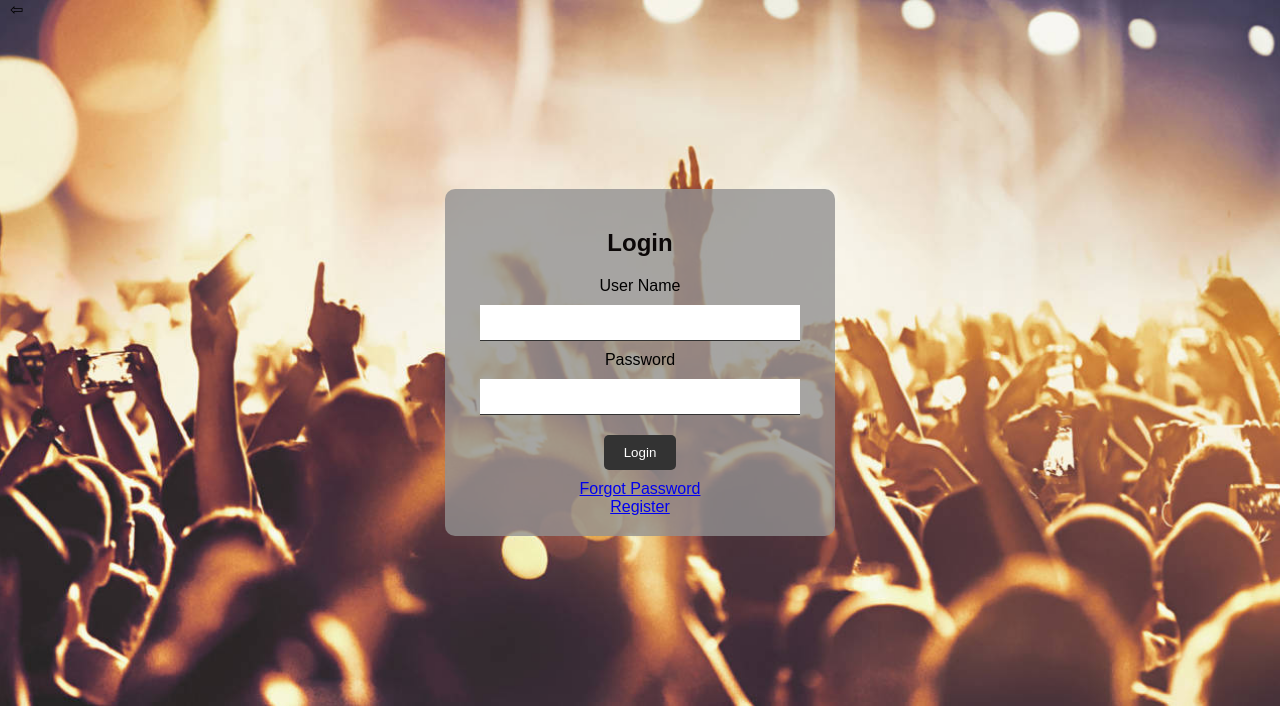
Repository: Dulankayapa/2ndyearoopprojrct
Page: http://localhost/feedback/login.jsp
An editor plug-in stored every save of this project. The page is shown before and after the next save, followed by the edit.
The browser window is 1280 px wide. The pictures show the whole page.
The page is served by Tomcat 9.

Above is the page before, as saved 2023-10-23 12:13:07.

After the next save:
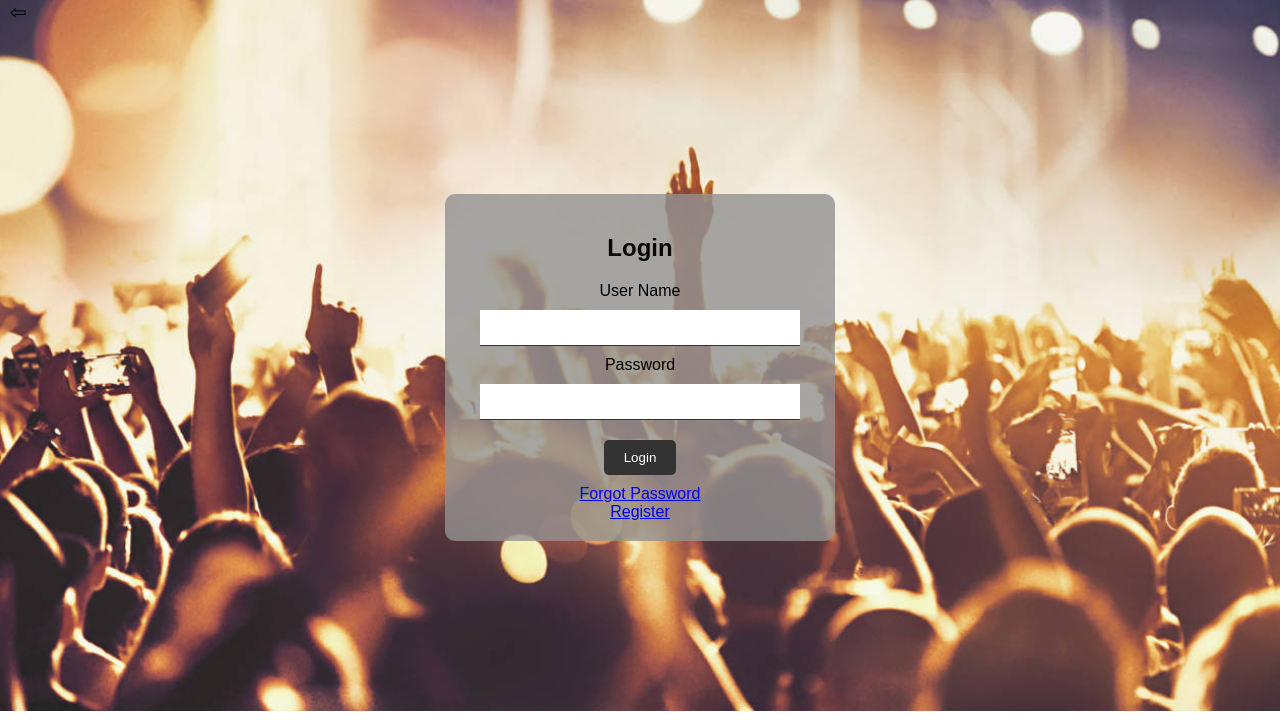
Saved 25 s later.
--- a/feedback/src/main/webapp/login.jsp
+++ b/feedback/src/main/webapp/login.jsp
@@ -55,6 +55,7 @@
         span{
         text-align:left;
         margin-left:10px;
+        font-size: 20px;
 
         }
     </style>
